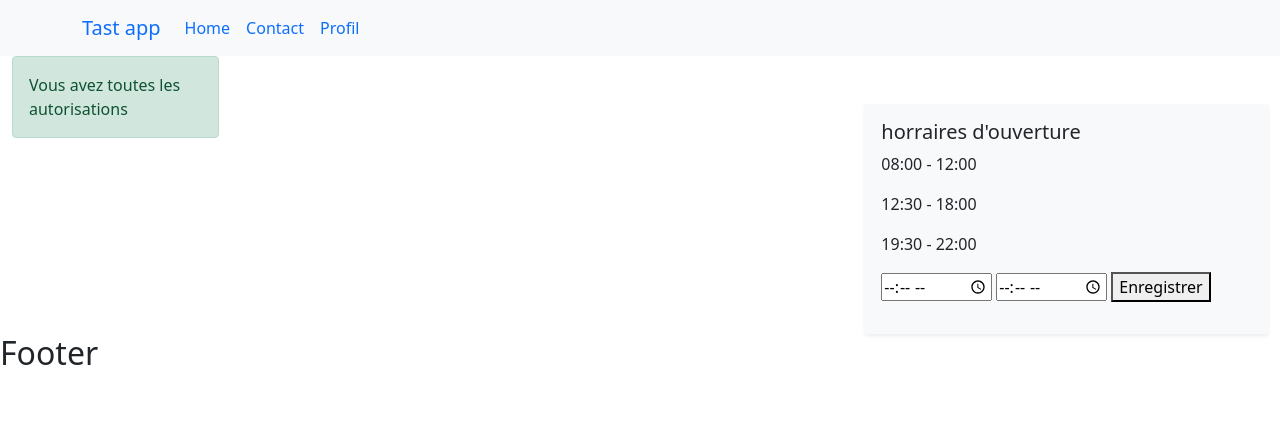
Repository: FS-23/php-getstarted
Page: http://localhost/
The author's editor kept a copy of each file at every save. The page is drawn from the files as they stood at one save, then again after a run of saves.
The browser window is 1280 px wide. The pictures show the whole page.
The page is run by PHP 8.4 with error messages shown; the project is at /var/www/html/.

Above is the page before, as saved 2022-05-28 12:35:22.

After the next 2 saves:
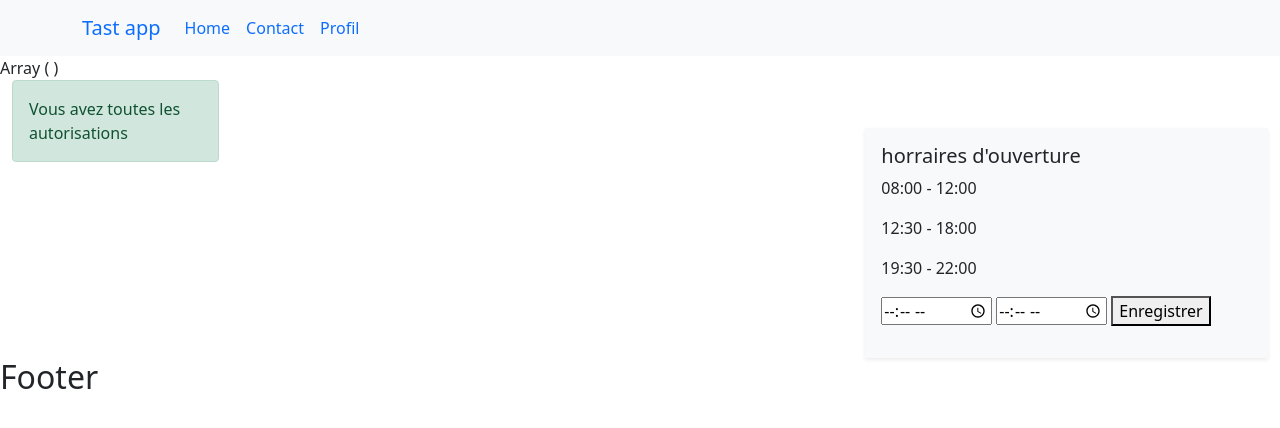
The 2 saves are shown as one change because they came seconds apart.
The last was saved 100 s later.
--- a/demoAPP/index.php
+++ b/demoAPP/index.php
@@ -8,7 +8,10 @@
     ];
 
 
-    $user = "admin"
+    $user = "admin";
+
+
+    print_r($_REQUEST)
 
 ?>
 <div class="row mx-0">
